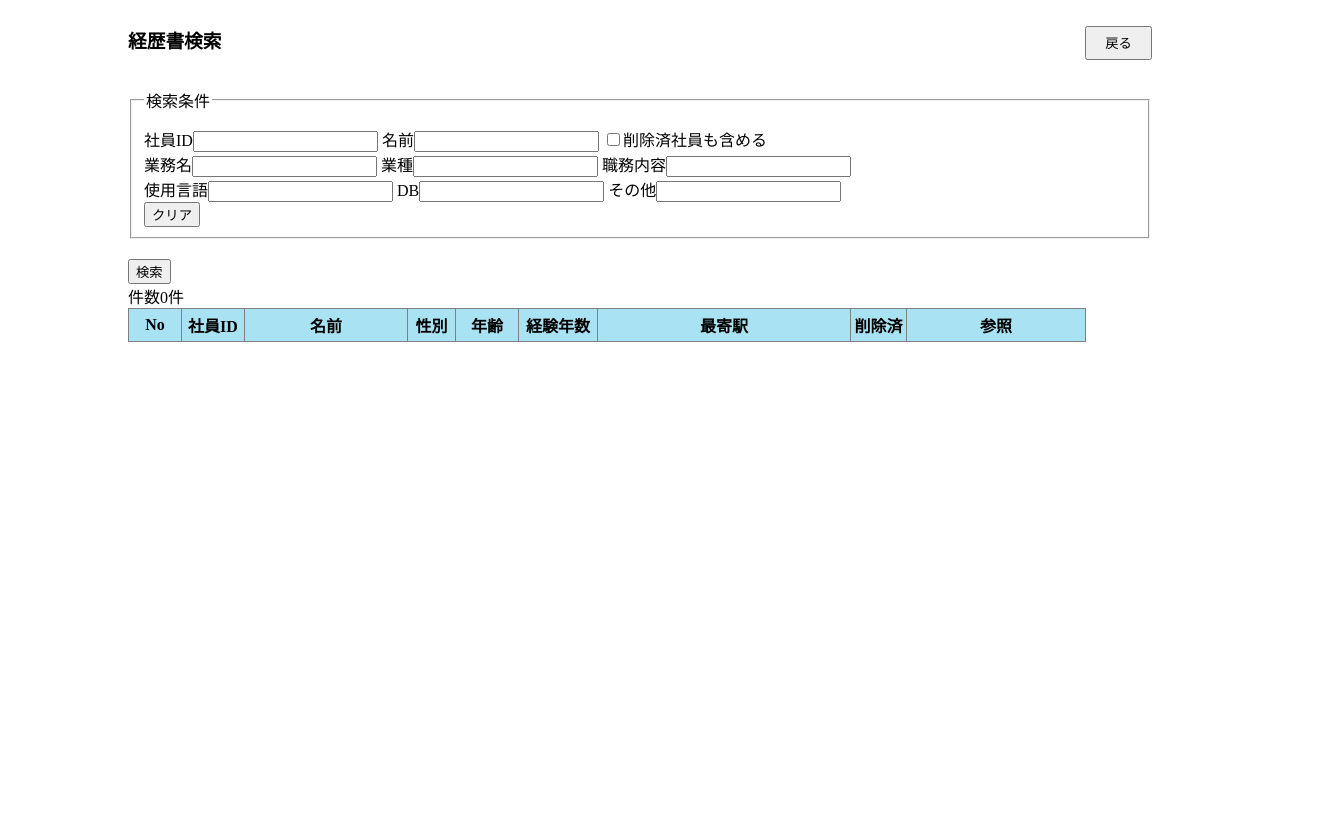
Repository: nguyenvantandev/WebApp
Page: http://localhost/EmployeeInfoSystem/ResumeSearch.jsp
The author's editor kept a copy of each file at every save. The page is drawn from the files as they stood at one save, then again after the next save.
The browser window is 1280 px wide. The page is 1337 px wide, so the pictures cover 1337 px, including what lies to the right of the window. The pictures show the whole page.
Some web libraries are served in a nearby version. The page is served by Tomcat 9. Other server files are loaded and not shown.

Above is the page before, as saved 2016-06-13 05:41:36.

### EmployeeInfoSystem/WebContent/ResumeSearch.jsp
<%@ page language="java" contentType="text/html; charset=UTF-8"
	pageEncoding="UTF-8"%>
<%@ taglib prefix="c" uri="http://java.sun.com/jsp/jstl/core"%>
<!DOCTYPE html PUBLIC "-//W3C//DTD HTML 4.01 Transitional//EN" "http://www.w3.org/TR/html4/loose.dtd">
<html>
<head>
<meta http-equiv="Content-Type" content="text/html; charset=UTF-8">
<link rel="stylesheet" type="text/css" href="css/ResumeSearch.css">
<script type="text/javascript" src="js/ResumeSearch.js"></script>
<script type="text/javascript"
	src="http://code.jquery.com/jquery-1.10.1.min.js"></script>
<title>経歴書検索画面</title>
</head>
<body>
	<form action="" method="post">
		<input type="button" name="modoru" id="modoru" value="戻る">
		<h3>
			<b>経歴書検索 </b>
		</h3>
		<fieldset>
			<legend>検索条件</legend>
			<label id="label_shainId">社員ID</label><input type="text" id="shainId" name="shainId" value="">
			<label id="label_namae">名前</label><input type="text" id="namae" name="namae" value="">
			<input type="checkbox" id="sakujocheck" name="sakujocheck">削除済社員も含める<br>

			<label id="label_gyumumei">業務名</label><input type="text" id="gyumumei" name="gyumumei" value="">
			<label id="label_gyoushu">業種</label><input type="text" id="gyoushu" name="gyoushu" value="">
			<label id="label_shokumunaiyou">職務内容</label><input type="text" id="shokumunaiyou" name="shokumunaiyou" value=""><br>

			<label id="label_shiyougengo">使用言語</label><input type="text" id="shiyougengo" name="shiyougengo" value="">
			<label id="label_db">DB</label><input type="text" id="db" name="db" value="">
			<label id="label_sonohoka">その他</label><input type="text" id="sonohoka" name="sonohoka" value=""><br>
			<input type="button" id="kuria" name="kuria" value="クリア">
		</fieldset>
		<input type="button" id="kensaku" name="kensaku" value="検索"><br>
		<label>件数0件</label><br>
		<div id="list">
			<table id="table" border="1">
				<thead>
					<tr>
						<th style="width: 50px" align="center">No</th>
						<th style="width: 60px" align="center">社員ID</th>
						<th style="width: 160px" align="center">名前</th>
						<th style="width: 45px" align="center">性別</th>
						<th style="width: 60px" align="center">年齢</th>
						<th style="width: 76px" align="center">経験年数</th>
						<th style="width: 250px" align="center">最寄駅</th>
						<th style="width: 53px" align="center">削除済</th>
						<th style="width: 176px" align="center">参照</th>
					</tr>
				</thead>
				<tbody>
					<c:forEach var="row" items="${memberList}">
						<tr>
							<td style="width: 50px" align="center"><c:out
									value="${row.num}" /></td>
							<td style="width: 60px" align="center"><c:out
									value="${row.shainid}"></c:out></td>
							<td style="width: 160px" align="center"><c:out
									value="${row.namae}"></c:out></td>
							<td style="width: 45px" align="center"><c:out
									value="${row.sebetsu}"></c:out></td>
							<td style="width: 60px" align="center"><c:out
									value="${row.nenrei}"></c:out></td>
							<td style="width: 76px" align="center"><c:out
									value="${row.keikennensuu}"></c:out></td>
							<td style="width: 250px" align="center"><c:out
									value="${row.saiyorieki}"></c:out></td>
							<td style="width: 53px" align="center"><c:out
									value="${row.sakujosumi}"></c:out></td>
							<td style="width: 53px" align="center"><input type="button"
								id="shosai" name="shosai" value="詳細"></td>
						</tr>
					</c:forEach>

				</tbody>
			</table>
		</div>
	</form>

</body>
</html>

### EmployeeInfoSystem/WebContent/css/ResumeSearch.css
@CHARSET "UTF-8";

body {
	    margin-left: 10%;
    margin-right: 10%;
    margin-top: 2%;
    margin-bottom: 0px;
}
table {
	border-collapse: collapse;
    border-top-width: 0px;
    border-right-width: 0px;
    border-bottom-width: 0px;
    border-left-width: 0px;
}

th {
	table-layout:fixed;
	height: 30px;
	background-color: #A9E2F3;
}

td {
	table-layout:fixed;
	height: 30px;
	background-color: white;
    border-bottom-style: dashed;
}

 tbody, thead {
	display: block;
}

tbody {
  overflow:auto;
  height:476px;
  width: 1209px;

}
#modoru{
    width: 67px;
    right: 10%;
    position: absolute;
    height: 34px;
    margin-bottom: 10px;
}
fieldset {
	    margin-top: 35px;
    margin-bottom: 20px;

}
legend{
	    margin-bottom: 10px;
}
#label_shainId{

}
#label_namae{

}
#label_gyumumei{

}
#label_gyoushu{

}
#label_shokumunaiyou{

}
#label_shiyougengo{

}
#label_db{

}
#label_sonohoka{

}
#shainId{

}
#namae{

}
#sakujocheck{

}
#gyumumei{

}
#gyoushu{

}
#shokumunaiyou{

}
#shiyougengo{

}
#db{

}
#sonohoka{

}
#kuria{

}
#kensaku{

}

### EmployeeInfoSystem/WebContent/js/ResumeSearch.js
function resumeSearch_load() {
	var id = document.getElementById("shainId").value;
	var name = document.getElementById("namae").value;
	var deleted = document.getElementById("hidden_sakujocheck").value;
	var gyumumei = document.getElementById("gyumumei").value;
	var gyoushu = document.getElementById("gyoushu").value;
	var shokumunaiyou = document.getElementById("shokumunaiyou").value;
	var shiyougengo = document.getElementById("shiyougengo").value;
	var db = document.getElementById("db").value;
	var sonohoka = document.getElementById("sonohoka").value;
	if (id == "null") {
		document.getElementById("shainId").value = "";
	} else {
		document.getElementById("shainId").value = id;
	}
	if (name == "null") {
		document.getElementById("namae").value = "";
	} else {
		document.getElementById("namae").value = name;
	}
	if (deleted == "null") {
		document.getElementById("sakujocheck").checked = false;
	} else {
		document.getElementById("sakujocheck").checked = true;
	}
	if (gyumumei == "null") {
		document.getElementById("gyumumei").value = "";
	} else {
		document.getElementById("gyumumei").value = gyumumei;
	}
	if (gyoushu == "null") {
		document.getElementById("gyoushu").value = "";
	} else {
		document.getElementById("gyoushu").value = gyoushu;
	}
	if (shokumunaiyou == "null") {
		document.getElementById("shokumunaiyou").value = "";
	} else {
		document.getElementById("shokumunaiyou").value = shokumunaiyou;
	}
	if (shiyougengo == "null") {
		document.getElementById("shiyougengo").value = "";
	} else {
		document.getElementById("shiyougengo").value = shiyougengo;
	}
	if (db == "null") {
		document.getElementById("db").value = "";
	} else {
		document.getElementById("db").value = db;
	}
	if (sonohoka == "null") {
		document.getElementById("sonohoka").value = "";
	} else {
		document.getElementById("sonohoka").value = sonohoka;
	}

	var tbl = document.getElementById("table").rows.length;
	for (var i = 1; i < tbl; i++) {
		var n = document.getElementById("table").rows[i].cells[7].innerHTML;
		if (n == "○") {
			document.getElementById("shosai" + i).disabled = true;
		}
	}

	var count = document.getElementById("kennsu").value;
	if (count == "0") {
		alert("検索条件に一致する社員が見つかりません。");
	}
	var search = document.getElementById("actionName").value
	if (search == "再検索") {
		document.getElementById("actionName").value = "検索"
		document.getElementById("ResumeSearch").submit();
	}

}

function kuria_click() {
	document.getElementById("shainId").value = "";
	document.getElementById("namae").value = "";
	document.getElementById("sakujocheck").checked = false;
	document.getElementById("gyumumei").value = "";
	document.getElementById("gyoushu").value = "";
	document.getElementById("shokumunaiyou").value = "";
	document.getElementById("shiyougengo").value = "";
	document.getElementById("db").value = "";
	document.getElementById("sonohoka").value = "";
}

function kensaku_click() {
	var shainId = document.getElementById("shainId").value;
	if (shainId != "") {
		var regex = /^[A-Za-z0-9]+$/;
		if (!shainId.match(regex)) {
			alert("社員IDは半角英数字で入力してください。");
			return false;
		}
	}
	document.getElementById("actionName").value = "検索"
	document.getElementById("ResumeSearch").submit();

}

function shosai_click(Val) {
	var report = Val.parentNode.parentNode.cells[1].innerHTML;
	document.getElementById("actionName").value = "詳細";
	document.getElementById("actionValue").value = report;
	document.getElementById("ResumeSearch").submit();

}

After the next save:
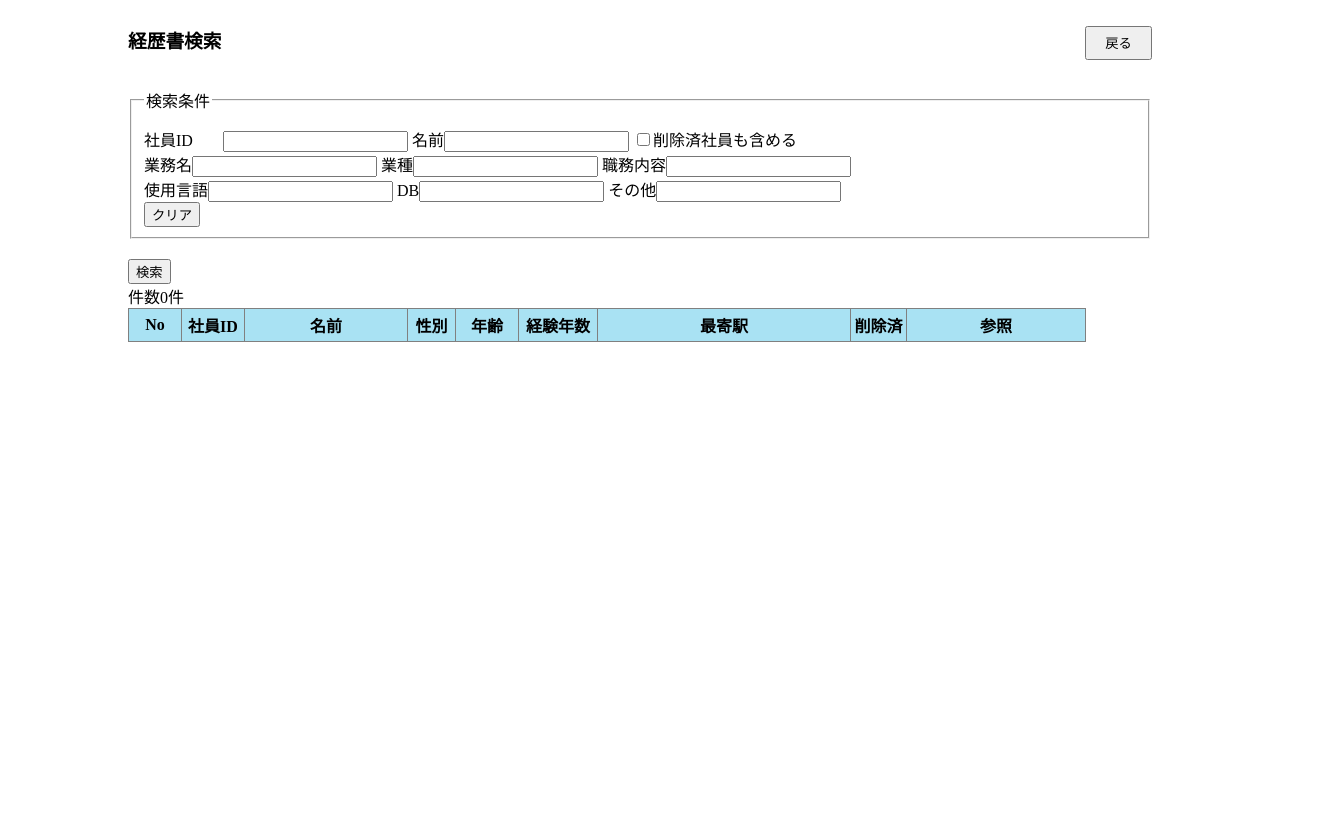
Saved 66 s later.
--- a/EmployeeInfoSystem/WebContent/css/ResumeSearch.css
+++ b/EmployeeInfoSystem/WebContent/css/ResumeSearch.css
@@ -53,7 +53,7 @@ legend{
 	    margin-bottom: 10px;
 }
 #label_shainId{
-
+	margin-right: 30px;
 }
 #label_namae{
 
